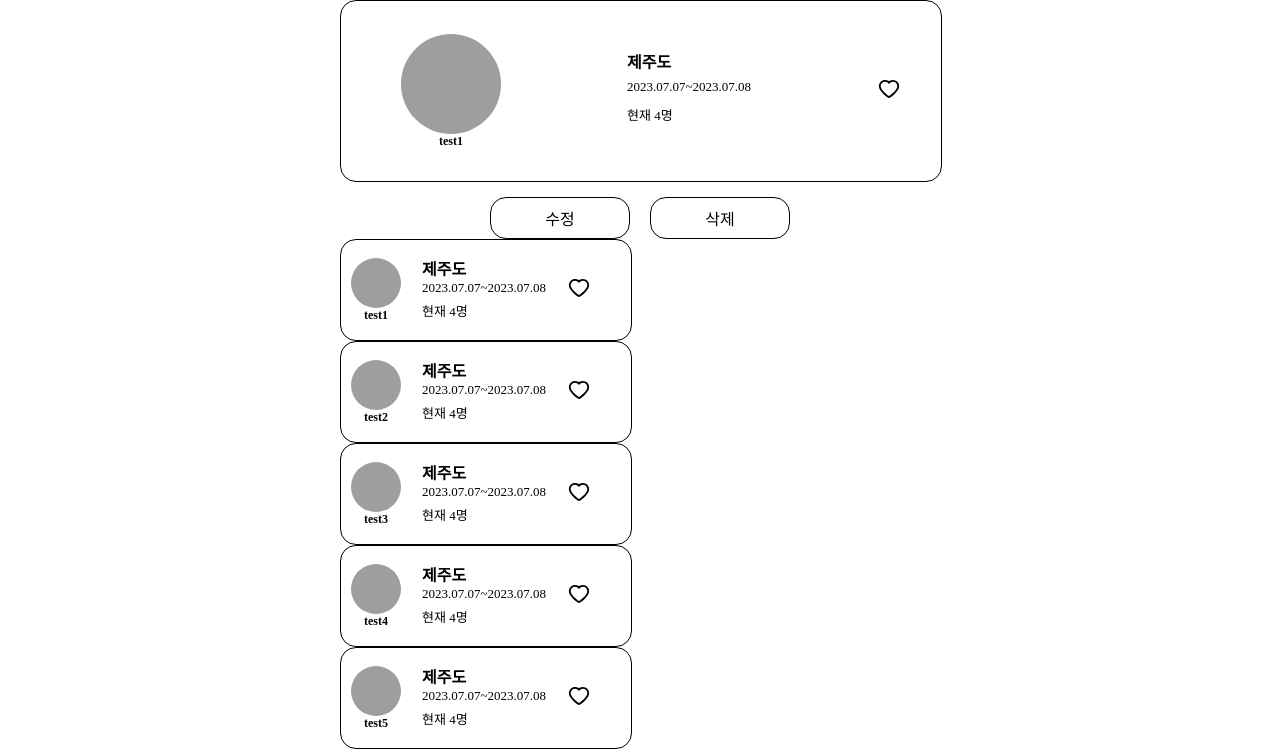
Repository: the-graces/matrip-web
Page: /tripSchedule (app in matrip/)
An editor plug-in stored every save of this project. The page is shown before and after the next save, followed by the edit.
The browser window is 1280 px wide. The pictures show the whole page.
Pictures or frames that could not be fetched are drawn as grey boxes. The project was rebuilt for these pictures with package versions that can differ from the ones it lists, and the page was loaded fresh each time. Also part of the build but not shown: matrip/src/pages/Main/mainStyle.tsx, matrip/src/pages/Main/Post.tsx, matrip/src/pages/Main/index.tsx, matrip/src/pages/FriendSearch/friendSearchStyle.tsx, matrip/src/data/userdata.ts, matrip/src/pages/FriendSearch/index.tsx, matrip/src/pages/ItineraryInfo/index.scss, matrip/src/pages/ItineraryInfo/itineraryInfoStyle.tsx and 4 more.

Above is the page before, as saved 2023-07-09 13:13:53.

### matrip/src/App.tsx
import React from "react";
import { BrowserRouter, Route, Routes } from "react-router-dom";
import Main from "./pages/Main";

import FriendSearch from "./pages/FriendSearch";
import ItineraryInfo from "./pages/ItineraryInfo";
import UserProfile from "./pages/UserProfile";

import GlobalFonts from "./styles/fonts";
import TripSchedule from "./pages/TripSchedule";

function App() {
   return (
      <BrowserRouter>
         <GlobalFonts />
         <Routes>
            <Route
               path="/"
               element={<Main />}
            />
            <Route
               path="/friendSearch"
               element={<FriendSearch />}
            />
            <Route
               path="/itineraryInfo"
               element={<ItineraryInfo />}
            />
            <Route
               path="/userProfile"
               element={<UserProfile />}
            />
            <Route
               path="/tripSchedule"
               element={<TripSchedule />}
            />
         </Routes>
      </BrowserRouter>
   );
}

export default App;

### matrip/src/styles/fonts/index.js
import { createGlobalStyle } from "styled-components";
import Prentendard from "./Pretendard-Regular.woff2";

export default createGlobalStyle`
@font-face {
    font-family: "Prentendard";
    src: url(${Prentendard}) fromat("woff2");
}`;

### matrip/src/pages/TripSchedule/index.tsx
import React from "react";
import "./index.scss";

import * as iss from "./TripScheduleStyle";
import * as gs from "../../styles/GlobalStyles";
import "./index.scss";
import { fdata } from "../../data/userdata";
import { postdata } from "../../data/postdata";
import { AiOutlineHeart } from "react-icons/ai";
import UserList from "./UserList";

const TripSchedule: React.FC = () => {
  const post = postdata[0];

  return (
    <gs.MainContainer>
      <iss.MainContainer>
        <iss.postBox key={post.id}>
          <iss.profileBox to={"/userProfile"}>
            <iss.profileImgBox>
              <iss.profileImg src={post.imgurl} alt="유저 프로필" />
            </iss.profileImgBox>
            <iss.Nickname>{post.nick}</iss.Nickname>
          </iss.profileBox>
          <iss.postContent to={"/itineraryInfo"}>
            <iss.postTitle>{post.destination}</iss.postTitle>
            <iss.postPeriod>
              {post.startDate}~{post.endData}
            </iss.postPeriod>
            <iss.postPeriod>현재 {post.personnel}명</iss.postPeriod>
          </iss.postContent>
          <div>
            <iss.LikeBtn>
              <AiOutlineHeart size="24" />
            </iss.LikeBtn>
          </div>
        </iss.postBox>

        <iss.TripSchedulePostButton>
          <iss.TripSchedulePostButtonL>수정</iss.TripSchedulePostButtonL>
          <iss.TripSchedulePostButtonR>삭제</iss.TripSchedulePostButtonR>
        </iss.TripSchedulePostButton>

        <UserList/>
      </iss.MainContainer>
    </gs.MainContainer>
  );
};

export default TripSchedule;

### matrip/src/styles/GlobalStyles.tsx
import { styled } from "styled-components";

// 전체 화면 컨테이너
export const MainContainer = styled.div`
   width: 100%;
   display: flex;
   justify-content: center;
   font-family: Pretendard;
`;

// 그 안에 들어갈 내용을 감싸는 컨테이너
export const MainBox = styled.div`
   max-width: 600px;
   width: 100%;
   display: flex;
   flex-direction: column;
   align-items: center;

   @media screen and (min-width: 600px) {
      width: 600px;
   }
`;

### matrip/src/pages/TripSchedule/TripScheduleStyle.tsx
import { Link } from "react-router-dom";
import { styled } from "styled-components";

export const MainContainer = styled.div`
  max-width: 600px;
  width: 100%;

  @media screen and (min-width: 600px) {
    width: 600px;
  }
`;

export const postBox = styled.div`
  width: 100%;
  height: 180px;
  display: flex;
  align-items: center;
  justify-content: space-between;
  border: solid #000 1px;
  border-radius: 16px;
`;

export const profileBox = styled(Link)`
  padding: 0 10px;
  display: flex;
  flex-direction: column;
  align-items: center;
  color: #000;
  text-decoration: none;
  margin-left: 50px;
`;
export const profileImgBox = styled.div`
  width: 100px;
  height: 100px;
`;

export const profileImg = styled.img`
  width: 100%;
  height: 100%;
  object-fit: cover;
  border-radius: 50%;

`;

export const Nickname = styled.h4`
  font-size: 12px;
  font-weight: 600;
  margin: 0;
`;

export const postContent = styled(Link)`
  color: #000;
  text-decoration: none;
`;

export const postTitle = styled.div`
  font-size: 16px;
  font-weight: 800;
  margin-bottom: 6px;
`;

export const postPeriod = styled.div`
  font-size: 13px;
  margin-bottom: 10px;

`;

export const LikeBtn = styled.button`
  border: none;
  background: none;
  cursor: pointer;
  padding: 0 10px;
  margin-right: 30px;
`;

export const TripSchedulePostButton = styled.div`
  width: 50%;
  display: flex;
  border-radius: 40px;
  margin: auto;
  margin-top: 15px;
  gap: 20px;
`;

export const TripSchedulePostButtonL = styled.div`
  width: 100%;
  height: 40px;
  display: flex;
  align-items: center;
  justify-content: space-between;
  border: solid #000 1px;
  border-radius: 16px;
  justify-content: center;
`;

export const TripSchedulePostButtonR = styled.div`
  width: 100%;
  height: 40px;
  display: flex;
  align-items: center;
  justify-content: space-between;
  border: solid #000 1px;
  border-radius: 16px;
  justify-content: center;
`;

export const userListPostBox = styled.div`
  width: calc((100% - 20px) / 2);
  height: 100px;
  display: flex;
  align-items: center;
  justify-content: space-between;
  border: solid #000 1px;
  border-radius: 16px;
`;

export const userListProfileBox = styled(Link)`
  padding: 0 10px;
  display: flex;
  flex-direction: column;
  align-items: center;
  color: #000;
  text-decoration: none;
`;

export const userListProfileImgBox = styled.div`
  width: 50px;
  height: 50px;
`;

export const userListProfileImg = styled.img`
  width: 100%;
  height: 100%;
  object-fit: cover;
  border-radius: 50%;
`;

export const userListNickname = styled.h4`
  font-size: 12px;
  font-weight: 600;
  margin: 0;
`;

export const userListPostContent = styled(Link)`
  color: #000;
  text-decoration: none;
`;

export const userListPostTitle = styled.div`
  font-size: 16px;
  font-weight: 800;
`;

export const userListPostPeriod = styled.div`
  font-size: 13px;
  margin-bottom: 5px;
`;

export const userListPLikeBtn = styled.button`
  border: none;
  background: none;
  cursor: pointer;
  padding: 0 10px;
`;

### matrip/src/data/postdata.ts
export const postdata = [
  {
    id: "1",
    nick: "test1",
    imgurl:
      "https://img2.daumcdn.net/thumb/R658x0.q70/?fname=https://t1.daumcdn.net/news/202302/21/spotvnews/20230221133133423kfxy.jpg",
    destination: "제주도",
    startDate: "2023.07.07",
    endData: "2023.07.08",
    personnel: 4,
  },
  {
    id: "2",
    nick: "test2",
    imgurl:
      "https://img2.daumcdn.net/thumb/R658x0.q70/?fname=https://t1.daumcdn.net/news/202302/21/spotvnews/20230221133133423kfxy.jpg",
    destination: "제주도",
    startDate: "2023.07.07",
    endData: "2023.07.08",
    personnel: 4,
  },
  {
    id: "3",
    nick: "test3",
    imgurl:
      "https://img2.daumcdn.net/thumb/R658x0.q70/?fname=https://t1.daumcdn.net/news/202302/21/spotvnews/20230221133133423kfxy.jpg",
    destination: "제주도",
    startDate: "2023.07.07",
    endData: "2023.07.08",
    personnel: 4,
  },
  {
    id: "4",
    nick: "test4",
    imgurl:
      "https://img2.daumcdn.net/thumb/R658x0.q70/?fname=https://t1.daumcdn.net/news/202302/21/spotvnews/20230221133133423kfxy.jpg",
    destination: "제주도",
    startDate: "2023.07.07",
    endData: "2023.07.08",
    personnel: 4,
  },
  {
    id: "5",
    nick: "test5",
    imgurl:
      "https://img2.daumcdn.net/thumb/R658x0.q70/?fname=https://t1.daumcdn.net/news/202302/21/spotvnews/20230221133133423kfxy.jpg",
    destination: "제주도",
    startDate: "2023.07.07",
    endData: "2023.07.08",
    personnel: 4,
  },
];

### matrip/src/pages/TripSchedule/UserList.tsx
import React from "react";
import "./index.scss";

import * as iss from "./TripScheduleStyle";
import "./index.scss";
import { fdata } from "../../data/userdata";
import { AiOutlineHeart } from "react-icons/ai";
import { postdata } from "../../data/postdata";

const UserList: React.FC = () => {
  return (
    <>
      {postdata.map((post) => (
        <iss.userListPostBox key={post.id}>
          <iss.userListProfileBox to={"/userProfile"}>
            <iss.userListProfileImgBox>
              <iss.userListProfileImg src={post.imgurl} alt="유저 프로필" />
            </iss.userListProfileImgBox>
            <iss.userListNickname>{post.nick}</iss.userListNickname>
          </iss.userListProfileBox>
          <iss.userListPostContent to={"/itineraryInfo"}>
            <iss.userListPostTitle>{post.destination}</iss.userListPostTitle>
            <iss.userListPostPeriod>
              {post.startDate}~{post.endData}
            </iss.userListPostPeriod>
            <iss.userListPostPeriod>현재 {post.personnel}명</iss.userListPostPeriod>
          </iss.userListPostContent>
          <div>
            <iss.LikeBtn>
              <AiOutlineHeart size="24" />
            </iss.LikeBtn>
          </div>
        </iss.userListPostBox>
      ))}
    </>
  );
};

export default UserList;

Loaded but not shown: matrip/public/index.html (common file); matrip/src/index.tsx (common file); matrip/src/index.css (common file); matrip/src/reportWebVitals.ts (common file)

After the next save:
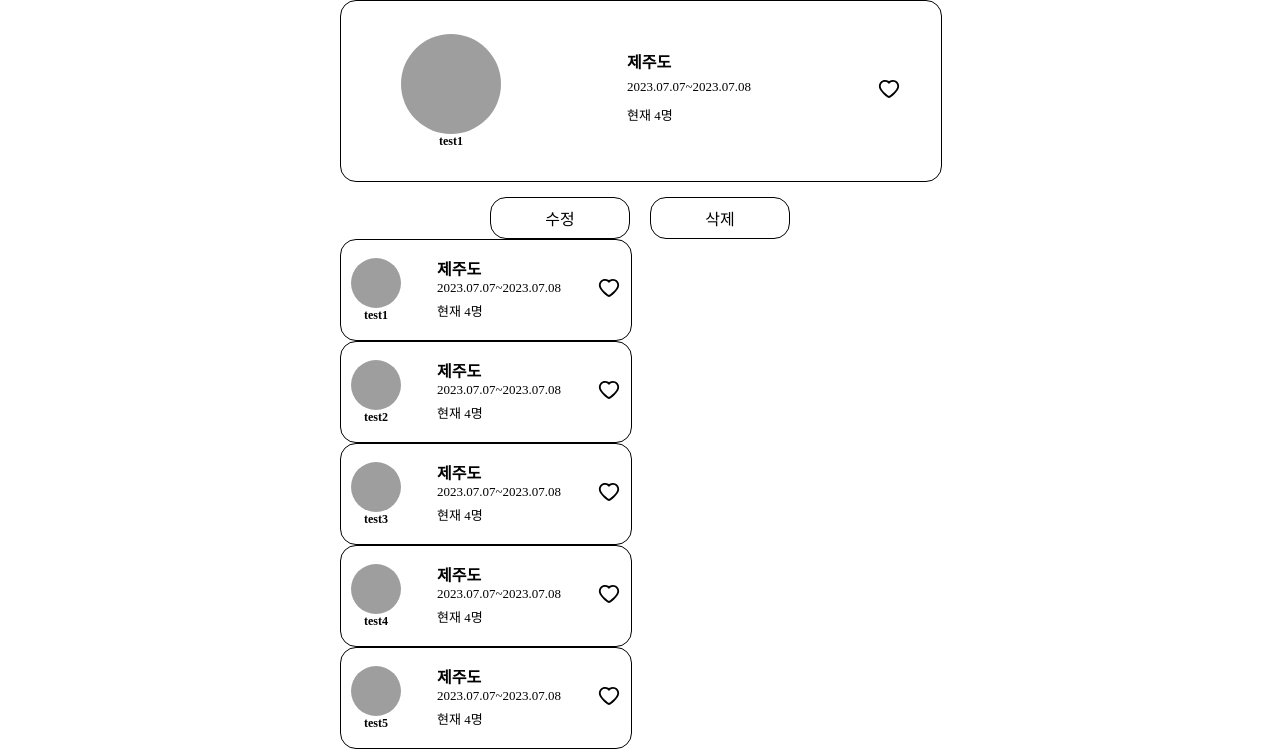
Saved 7 s later.
--- a/matrip/src/pages/TripSchedule/UserList.tsx
+++ b/matrip/src/pages/TripSchedule/UserList.tsx
@@ -26,9 +26,9 @@ const UserList: React.FC = () => {
             <iss.userListPostPeriod>현재 {post.personnel}명</iss.userListPostPeriod>
           </iss.userListPostContent>
           <div>
-            <iss.LikeBtn>
+            <iss.userListPLikeBtn>
               <AiOutlineHeart size="24" />
-            </iss.LikeBtn>
+            </iss.userListPLikeBtn>
           </div>
         </iss.userListPostBox>
       ))}
